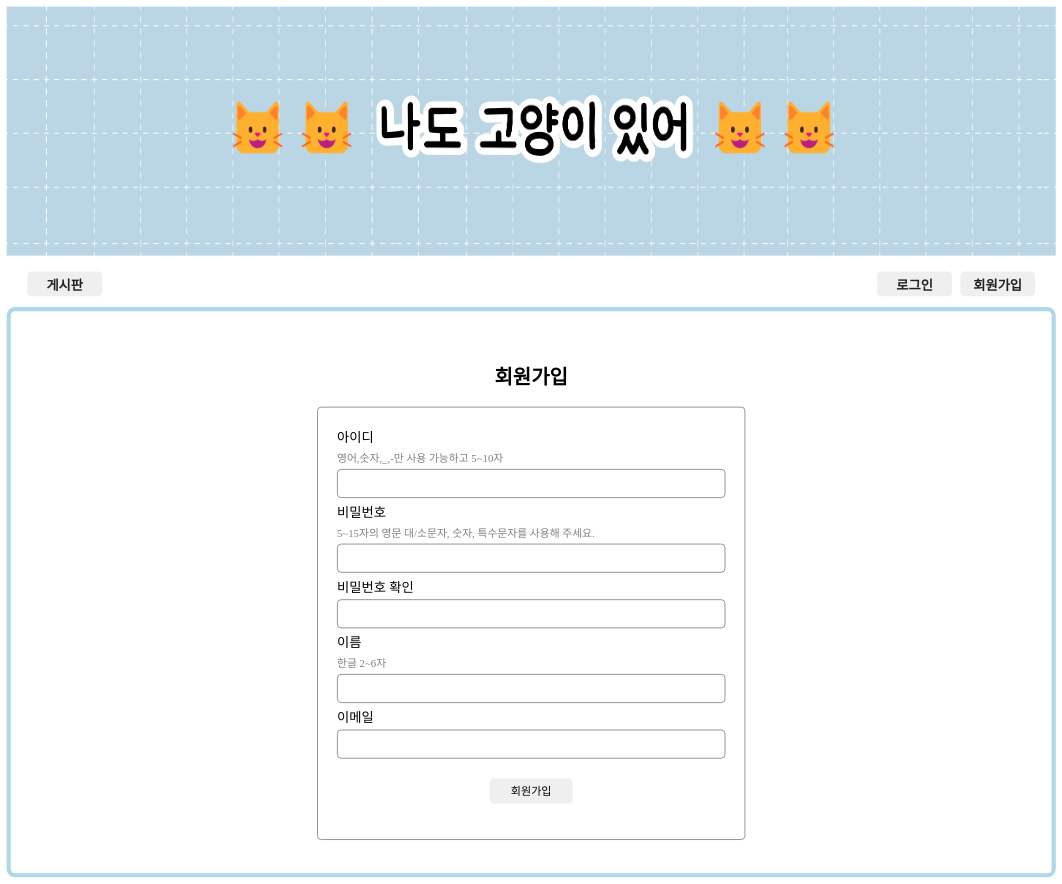
Repository: hh7711/Goit
Page: http://localhost/Goit/WEB-INF/views/signUpPage.jsp
The author's editor kept a copy of each file at every save. The page is drawn from the files as they stood at one save, then again after the next save.
The browser window is 1280 px wide. The pictures show the whole page, at 83% of full size.
Some web fonts or font styles are not loaded; a fallback is used. The page is served by Tomcat 9. Nobody is signed in. The template is opened directly, without the code that normally fills it, so the values that code supplies are empty.

Above is the page before, as saved 2023-08-03 07:40:23.

After the next save:
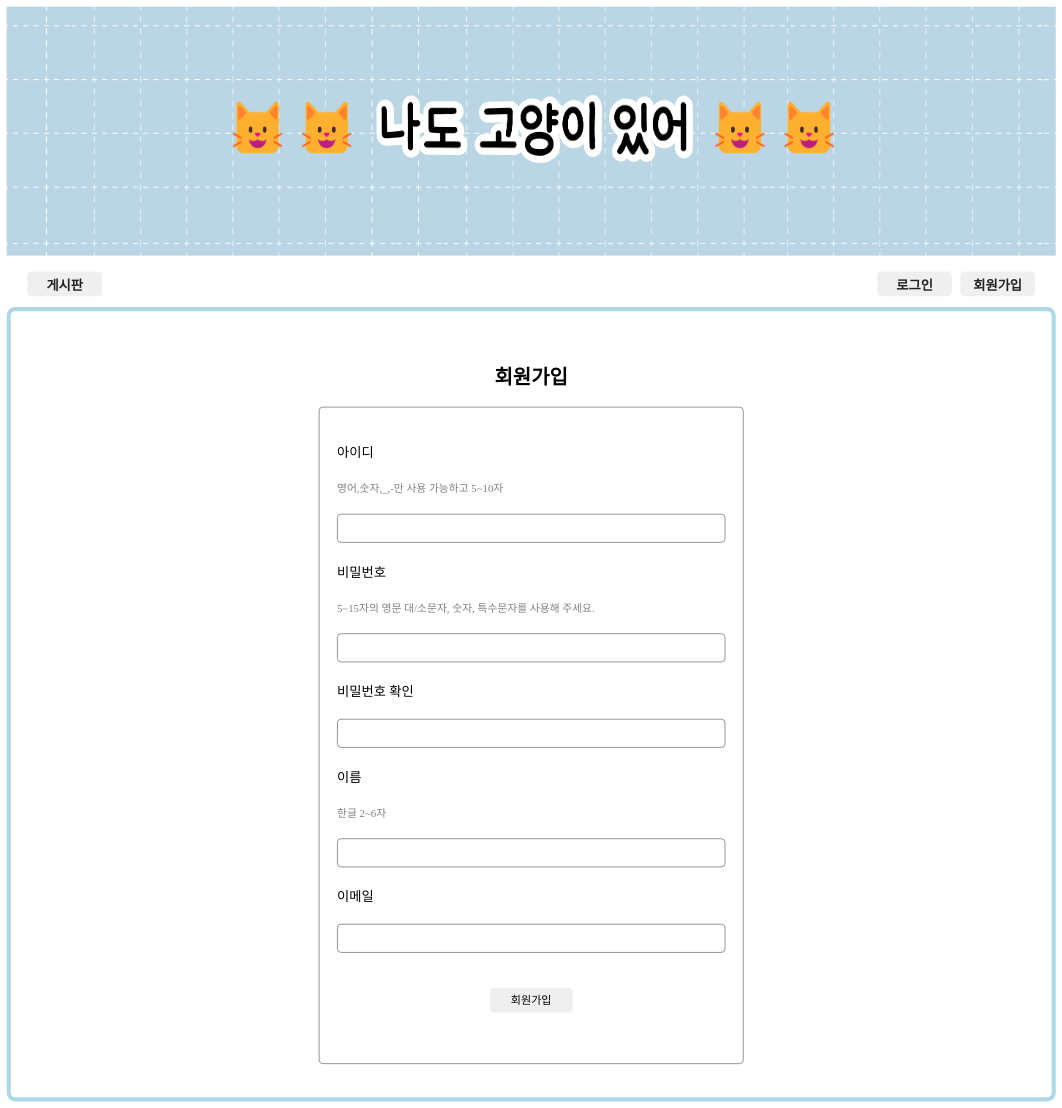
Saved 77 s later.
--- a/Goit/src/main/webapp/WEB-INF/views/signUpPage.jsp
+++ b/Goit/src/main/webapp/WEB-INF/views/signUpPage.jsp
@@ -49,6 +49,8 @@
             border-radius: 5px;
             align-content: center;
             padding: 20px;
+            border-collapse: separate;
+			border-spacing: 0 20px;
         }
         tr{
         	margin: 15px;

After the save that followed:
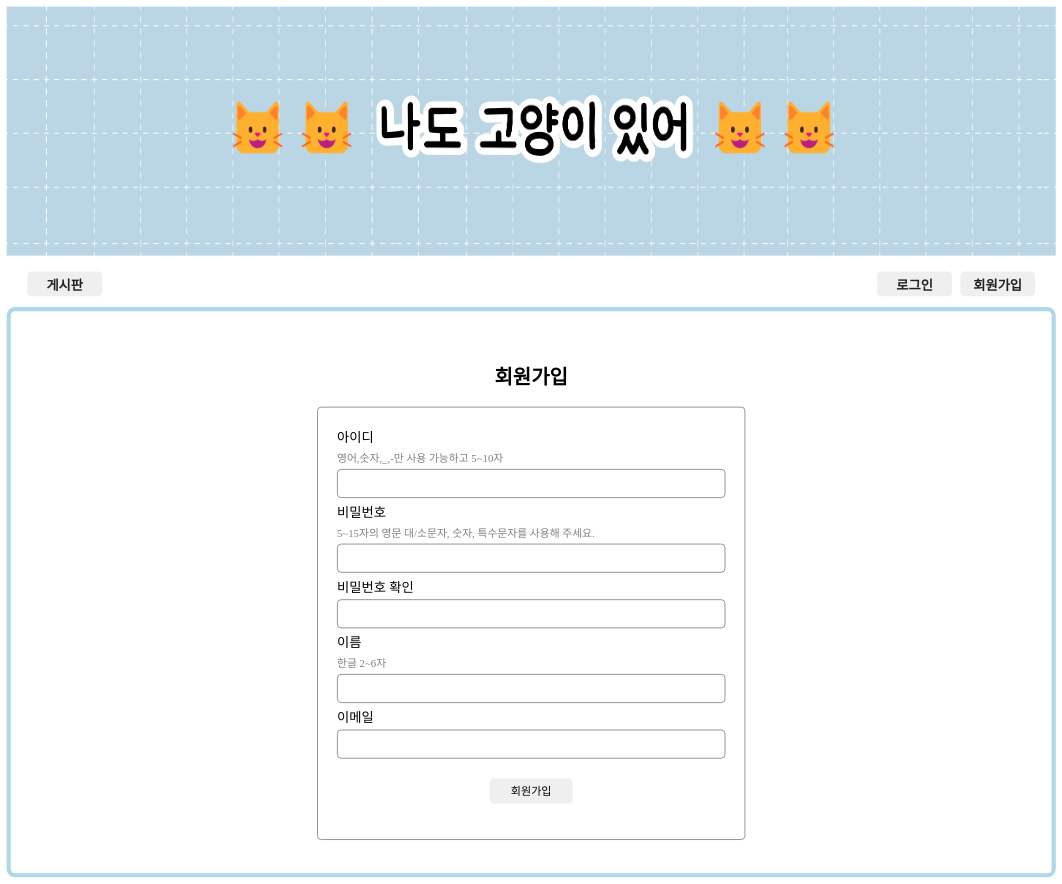
Saved 10 s later.
--- a/Goit/src/main/webapp/WEB-INF/views/signUpPage.jsp
+++ b/Goit/src/main/webapp/WEB-INF/views/signUpPage.jsp
@@ -50,7 +50,7 @@
             align-content: center;
             padding: 20px;
             border-collapse: separate;
-			border-spacing: 0 20px;
+/* 			border-spacing: 0 20px; */
         }
         tr{
         	margin: 15px;
